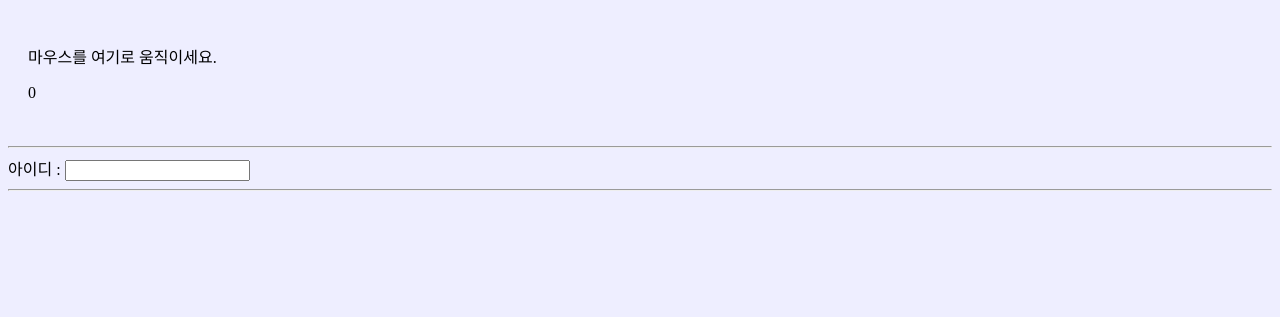
Repository: gpqls12321/public
Page: javascript_jquery/WebContent/jQuery_ex02.html
An editor plug-in stored every save of this project. The page is shown before and after the next save, followed by the edit.
The browser window is 1280 px wide. The pictures show the whole page.

Above is the page before, as saved 2021-04-15 02:24:33.

After the next save:
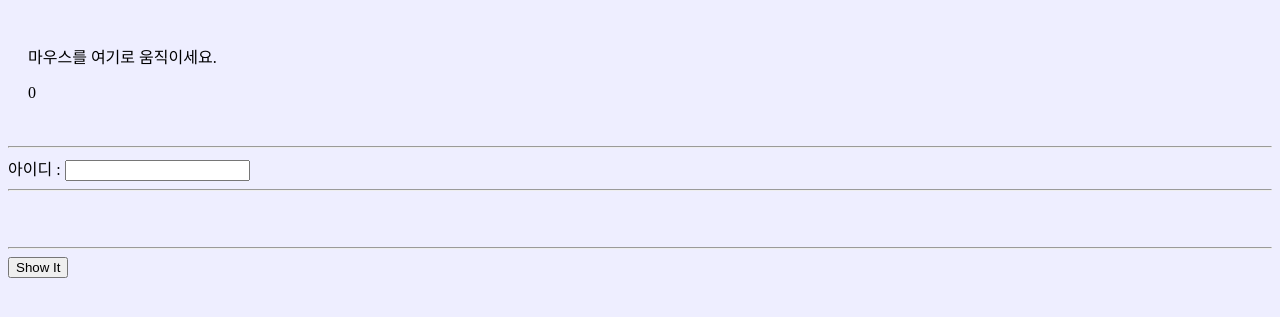
Saved 4 min 47 s later.
--- a/javascript_jquery/WebContent/jQuery_ex02.html
+++ b/javascript_jquery/WebContent/jQuery_ex02.html
@@ -47,6 +47,8 @@
 	아이디 : <input type="text" name="userid">
 	<hr>
 	<div id="log"></div>
-
+	<hr>
+	<button>Show It</button>
+	<img alt="" src="images/이세진.jpg" style="display: none;" width="200px;" height="250px;">
 </body>
 </html>
